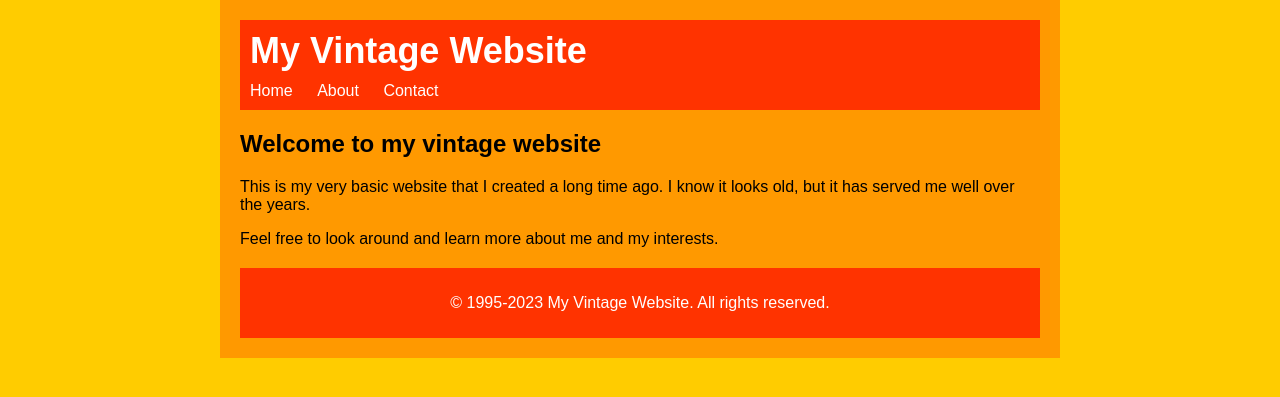
Repository: RennarDeer/RenDev
Page: index.html
These files come from the project's save history. The page is drawn as it stood at one moment and after the next save; the edit follows.
The browser window is 1280 px wide. The pictures show the whole page.

Above is the page before, as saved 2023-02-14 19:21:52.

### index.html
<!DOCTYPE html>
<html>
<head>
	<title>My Vintage Website</title>
	<link rel="stylesheet" type="text/css" href="style.css">
</head>
<body>
	<div id="container">
		<header>
			<h1>My Vintage Website</h1>
			<nav>
				<ul>
					<li><a href="#">Home</a></li>
					<li><a href="#">About</a></li>
					<li><a href="#">Contact</a></li>
				</ul>
			</nav>
		</header>

		<div id="content">
			<h2>Welcome to my vintage website</h2>
			<p>This is my very basic website that I created a long time ago. I know it looks old, but it has served me well over the years.</p>
			<p>Feel free to look around and learn more about me and my interests.</p>
		</div>

		<footer>
			<p>&copy; 1995-2023 My Vintage Website. All rights reserved.</p>
		</footer>
	</div>
</body>
</html>

### style.css
body {
	background-color: #ffcc00;
	font-family: Arial, sans-serif;
	margin: 0;
	padding: 0;
}

#container {
	margin: 0 auto;
	max-width: 800px;
	padding: 20px;
	background-color: #ff9900;
}

header {
	background-color: #ff3300;
	color: #fff;
	padding: 10px;
}

h1 {
	font-size: 36px;
	margin: 0;
}

nav {
	margin-top: 10px;
}

ul {
	list-style: none;
	margin: 0;
	padding: 0;
}

li {
	display: inline-block;
	margin-right: 20px;
}

a {
	color: #fff;
	text-decoration: none;
}

#content {
	margin-top: 20px;
}

h2 {
	font-size: 24px;
}

footer {
	margin-top: 20px;
	background-color: #ff3300;
	color: #fff;
	padding: 10px;
	text-align: center;
}

After the next save:
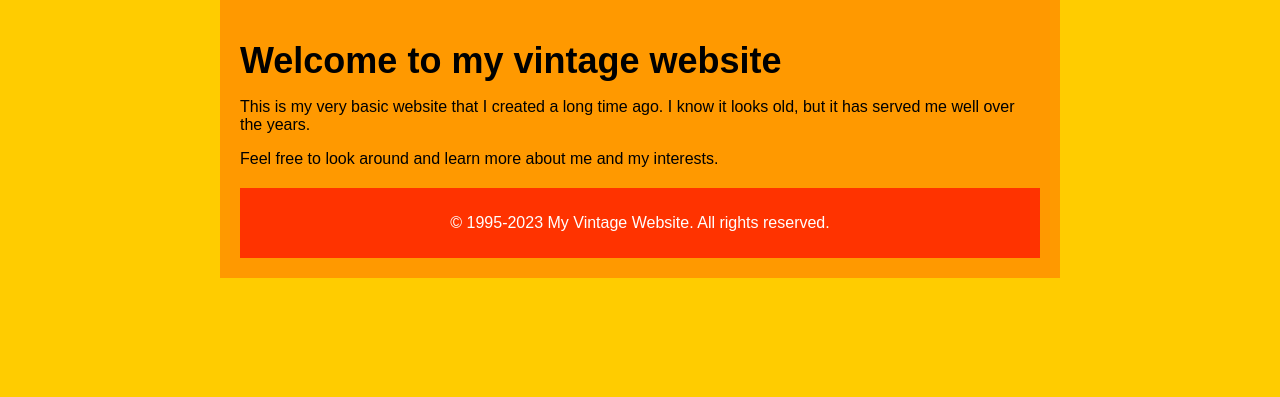
Saved 111 s later.
--- a/index.html
+++ b/index.html
@@ -6,19 +6,8 @@
 </head>
 <body>
 	<div id="container">
-		<header>
-			<h1>My Vintage Website</h1>
-			<nav>
-				<ul>
-					<li><a href="#">Home</a></li>
-					<li><a href="#">About</a></li>
-					<li><a href="#">Contact</a></li>
-				</ul>
-			</nav>
-		</header>
-
 		<div id="content">
-			<h2>Welcome to my vintage website</h2>
+			<h1>Welcome to my vintage website</h1>
 			<p>This is my very basic website that I created a long time ago. I know it looks old, but it has served me well over the years.</p>
 			<p>Feel free to look around and learn more about me and my interests.</p>
 		</div>
